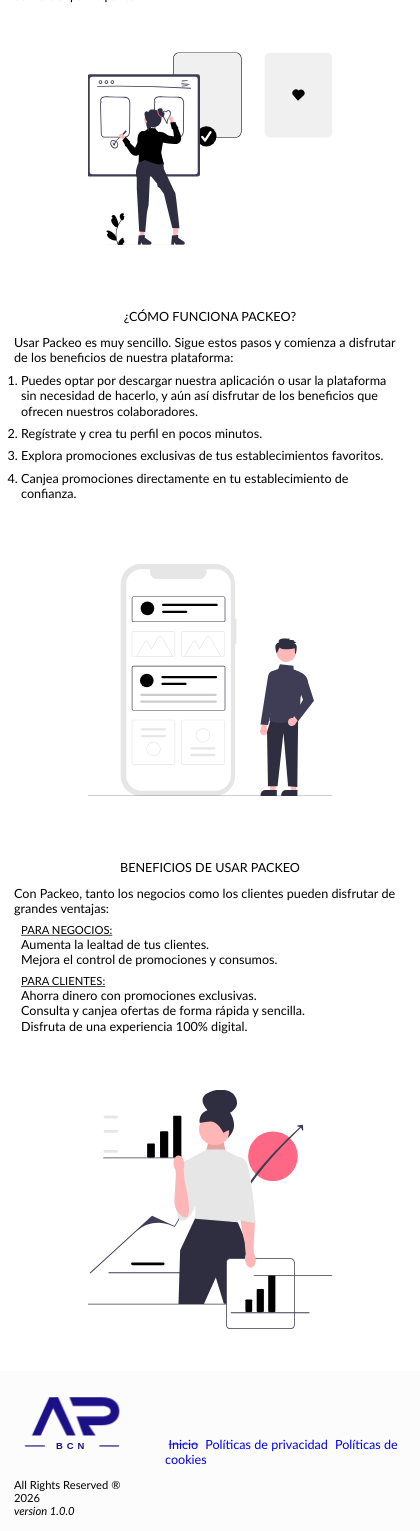
Repository: alupvcbarcelona/alupvcbarcelona-front
Page: /
These files come from the project's save history. The page is drawn as it stood at one moment and after the next save; the edit follows.
The browser window is 600 px wide. The pictures show the part of the page from y = 592 to 2832 px (the page is 2779 px tall before and 2832 px after), at 70% of full size.
The page's requests for data from a server got no answer. The project was rebuilt for these pictures with package versions that can differ from the ones it lists, and the page was loaded fresh each time. No one was signed in, and anything a server would have sent is missing. Also part of the build but not shown: vite.config.js, src/reducers/partner.reducer/partner.action.js, src/views/Pack/utils/content.js, src/views/Pack/Pack.css, src/views/Pack/Pack.jsx, src/views/404/utils.js, src/views/404/NotFound.css, src/views/404/NotFound.jsx and 6 more.

Above is the page before, as saved 2026-07-24 10:20:58.

After the next save:
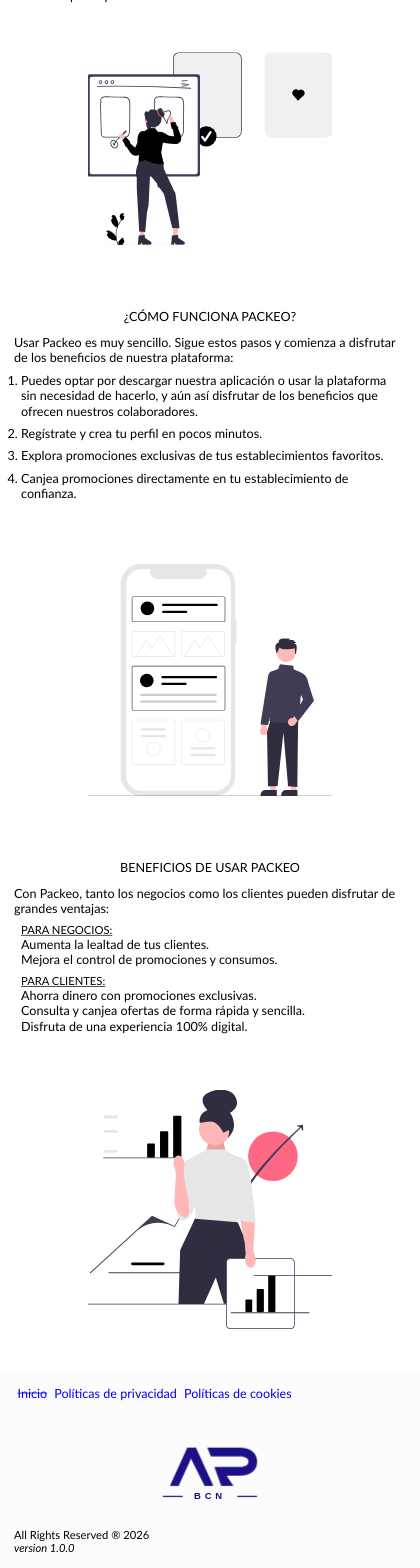
Saved 11 s later.
--- a/src/components/Footer/Footer.css
+++ b/src/components/Footer/Footer.css
@@ -30,7 +30,7 @@
 
 @media (max-width: 662px) {
   .footer__container {
-    /* flex-direction: column-reverse; */
+    flex-direction: column-reverse;
     padding: 20px;
   }
 }
